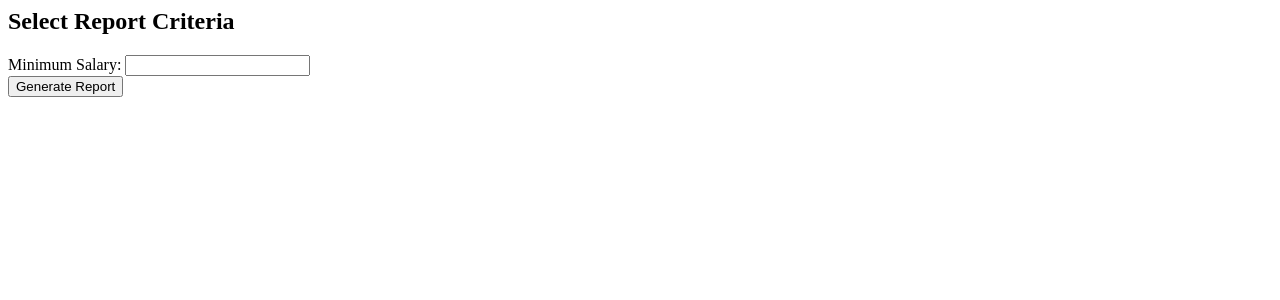
Repository: KUSUMA-74/Advance-JavaProject
Page: http://localhost/EmployeeWebApp/report_form.jsp
These files come from the project's save history. The page is drawn as it stood at one moment and after the next save; the edit follows.
The browser window is 1280 px wide. The pictures show the whole page.
The page is served by Tomcat 9. Other server files are loaded and not shown.

Above is the page before, as saved 2025-05-28 17:52:55.

### EmployeeWebApp/src/main/webapp/report_form.jsp
<%@ page language="java" contentType="text/html; charset=UTF-8" %>
<html>
<head><title>Report Criteria</title></head>
<body>
    <h2>Select Report Criteria</h2>
    <form action="ReportServlet" method="post">
        Minimum Salary: <input type="number" step="0.01" name="minSalary" required><br>
        <input type="submit" value="Generate Report">
    </form>
</body>
</html>

After the next save:
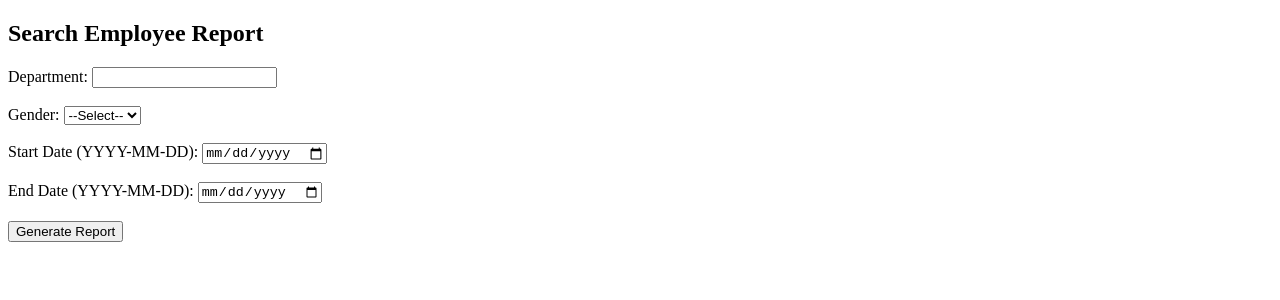
Saved 96 s later.
--- a/EmployeeWebApp/src/main/webapp/report_form.jsp
+++ b/EmployeeWebApp/src/main/webapp/report_form.jsp
@@ -1,11 +1,40 @@
-<%@ page language="java" contentType="text/html; charset=UTF-8" %>
+<%@ page contentType="text/html;charset=UTF-8" language="java" %>
+<!DOCTYPE html>
 <html>
-<head><title>Report Criteria</title></head>
+<head>
+    <title>Employee Report Criteria</title>
+</head>
 <body>
-    <h2>Select Report Criteria</h2>
-    <form action="ReportServlet" method="post">
-        Minimum Salary: <input type="number" step="0.01" name="minSalary" required><br>
-        <input type="submit" value="Generate Report">
-    </form>
+<h2>Search Employee Report</h2>
+
+<% String error = (String) request.getAttribute("error"); %>
+<% if (error != null) { %>
+    <p style="color:red;"><%= error %></p>
+<% } %>
+
+<form action="ReportCriteriaServlet" method="post">
+    <label for="department">Department:</label>
+    <input type="text" id="department" name="department" />
+    <br/><br/>
+
+    <label for="gender">Gender:</label>
+    <select id="gender" name="gender">
+        <option value="">--Select--</option>
+        <option value="Male">Male</option>
+        <option value="Female">Female</option>
+        <option value="Other">Other</option>
+    </select>
+    <br/><br/>
+
+    <label for="startDate">Start Date (YYYY-MM-DD):</label>
+    <input type="date" id="startDate" name="startDate" />
+    <br/><br/>
+
+    <label for="endDate">End Date (YYYY-MM-DD):</label>
+    <input type="date" id="endDate" name="endDate" />
+    <br/><br/>
+
+    <input type="submit" value="Generate Report" />
+</form>
 </body>
 </html>
